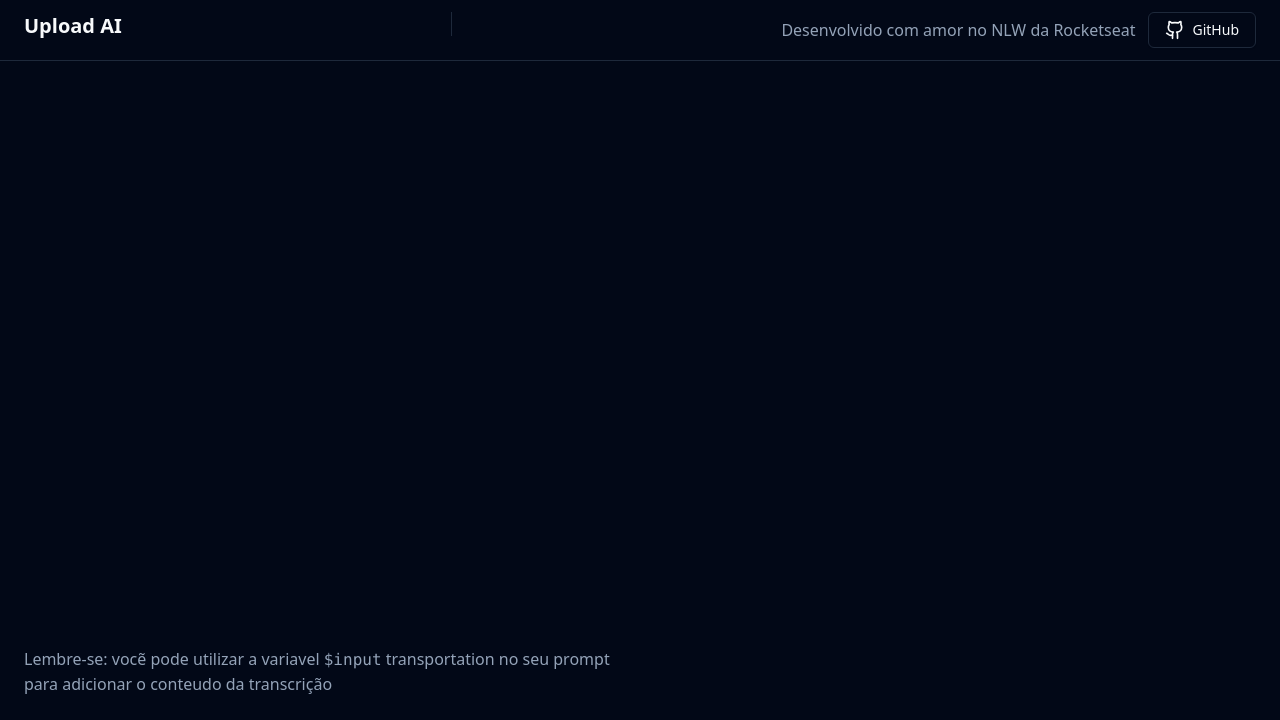
Repository: brksaian/nlw-2023-IA
Page: /
An editor plug-in stored every save of this project. The page is shown before and after the next save, followed by the edit.
The browser window is 1280 px wide. The pictures show the whole page.
The project was rebuilt for these pictures with package versions that can differ from the ones it lists, and the page was loaded fresh each time. Also part of the build but not shown: vite.config.ts.

Above is the page before, as saved 2023-09-12 21:48:26.

After the next save:
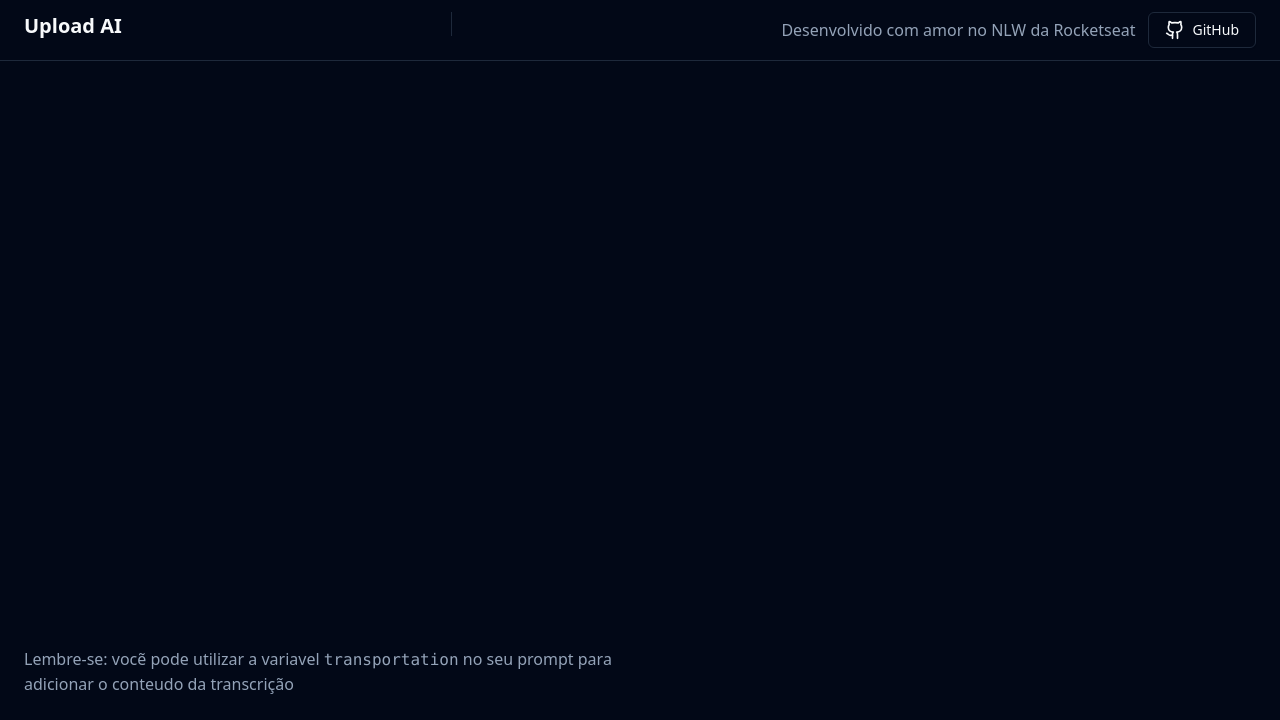
Saved 38 s later.
--- a/src/App.tsx
+++ b/src/App.tsx
@@ -24,9 +24,8 @@ export function App() {
         <div className="flex flex-col gap-6 w-1/2">
           <div className="grid grid-rows-2 gap-4 flex-1"></div>
           <p className="text-sn text-muted-foreground">
-            Lembre-se: vocẽ pode utilizar a variavel <code>$input</code>{" "}
-            transportation no seu prompt para adicionar o conteudo da
-            transcrição
+            Lembre-se: vocẽ pode utilizar a variavel <code>transportation</code>{" "}
+            no seu prompt para adicionar o conteudo da transcrição
           </p>
         </div>
         <aside className="w-80"></aside>
